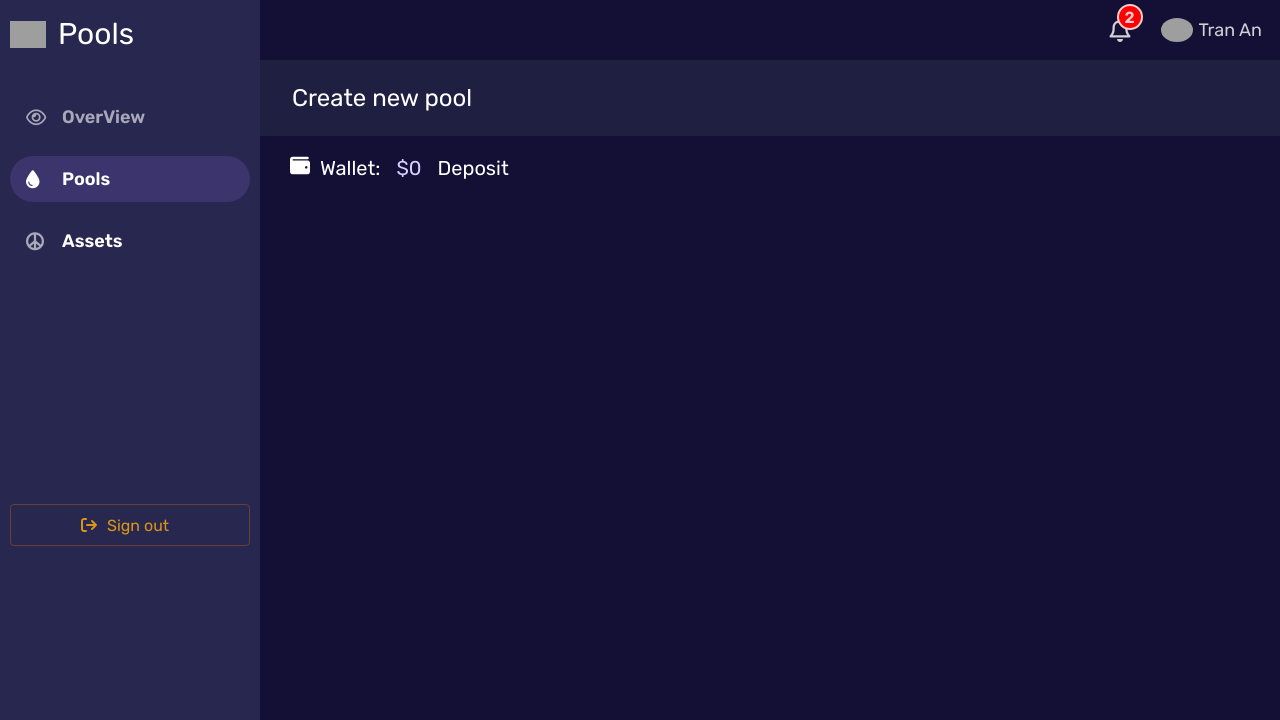
Repository: quynh232000/pools
Page: pool/create-pool.html
An editor plug-in stored every save of this project. The page is shown before and after the next save, followed by the edit.
The browser window is 1280 px wide. The pictures show the whole page.
Pictures or frames that could not be fetched are drawn as grey boxes.

Above is the page before, as saved 2023-07-14 00:16:59.

After the next save:
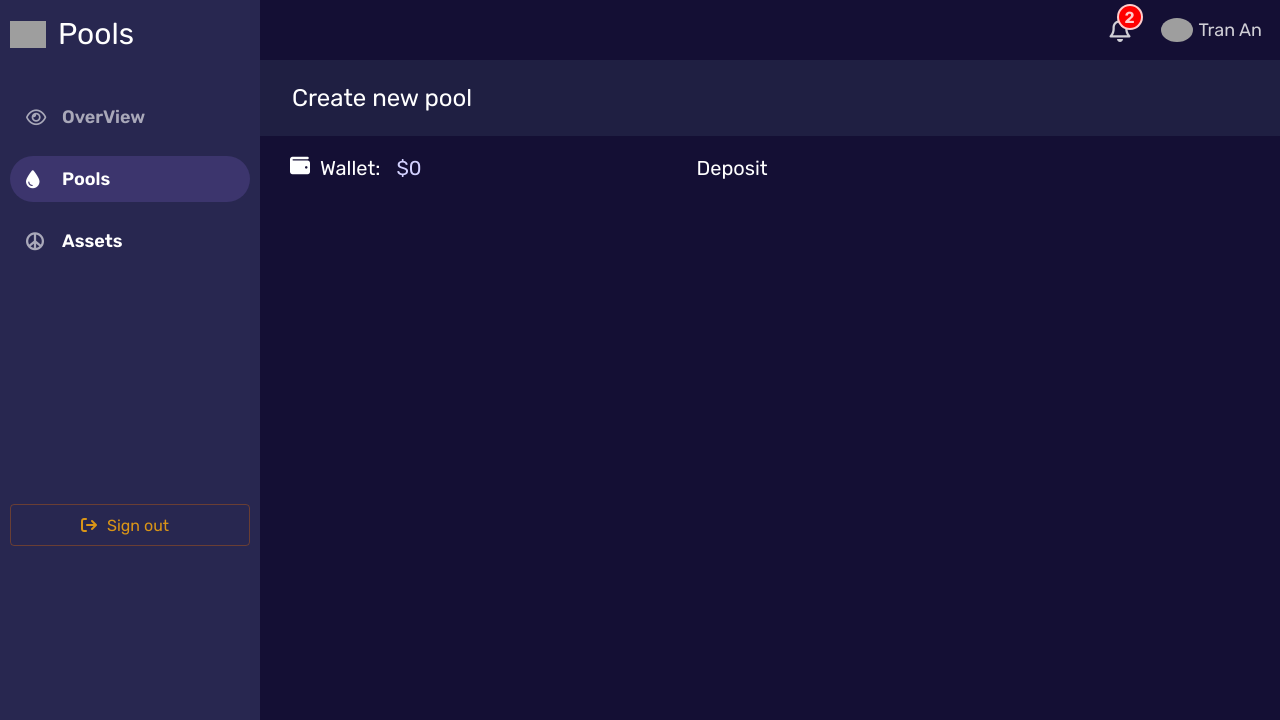
Saved 16 s later.
--- a/src/css/create-pool.css
+++ b/src/css/create-pool.css
@@ -14,5 +14,5 @@
 }
 .create-wallet span{
     color: var(--text-1-color);
-    margin-right: 16px;
+    min-width: 300px;
 }
